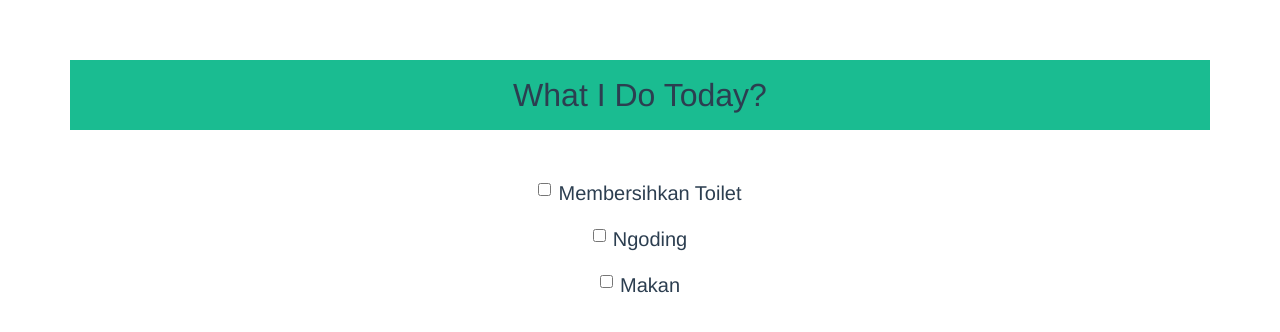
Repository: AdiPrimanto/praxis-academy
Page: / (app in novice/03-05/todolist/)
An editor plug-in stored every save of this project. The page is shown before and after the next save, followed by the edit.
The browser window is 1280 px wide. The pictures show the whole page.
The project was rebuilt for these pictures with package versions that can differ from the ones it lists, and the page was loaded fresh each time.

Above is the page before, as saved 2019-11-29 14:52:12.

After the next save:
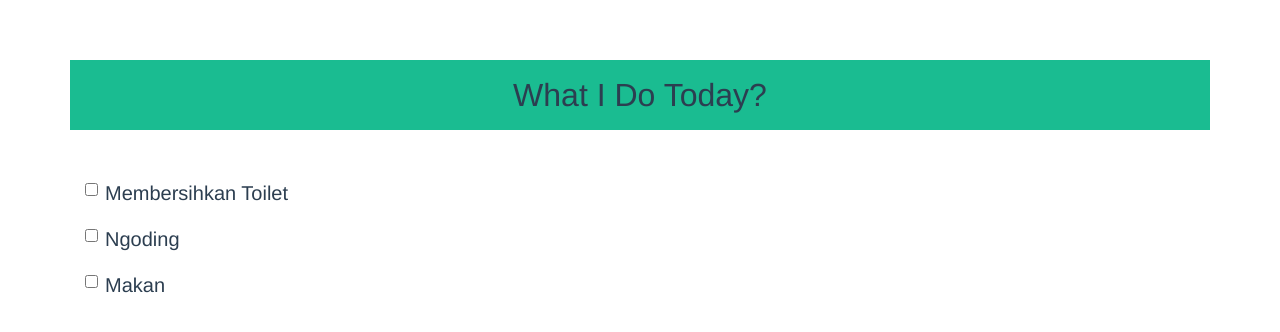
Saved 6 s later.
--- a/novice/03-05/todolist/src/App.vue
+++ b/novice/03-05/todolist/src/App.vue
@@ -10,7 +10,7 @@
         <div class="col-12">
           <div class="pekerjaan-rumah">
             <div class="row">
-              <div v-for="tugasSaya in tugas" v-bind:key="tugasSaya.id" class="mb-3 tugas col-lg-12 text-align">
+              <div v-for="tugasSaya in tugas" v-bind:key="tugasSaya.id" class="mb-3 tugas col-lg-12 text-left">
                 <div class="form-check">
                   <input class="form-check-input" type="checkbox" value="" id="defaultCheck1">
                   <label class="form-check-label item" for="defaultCheck1">
